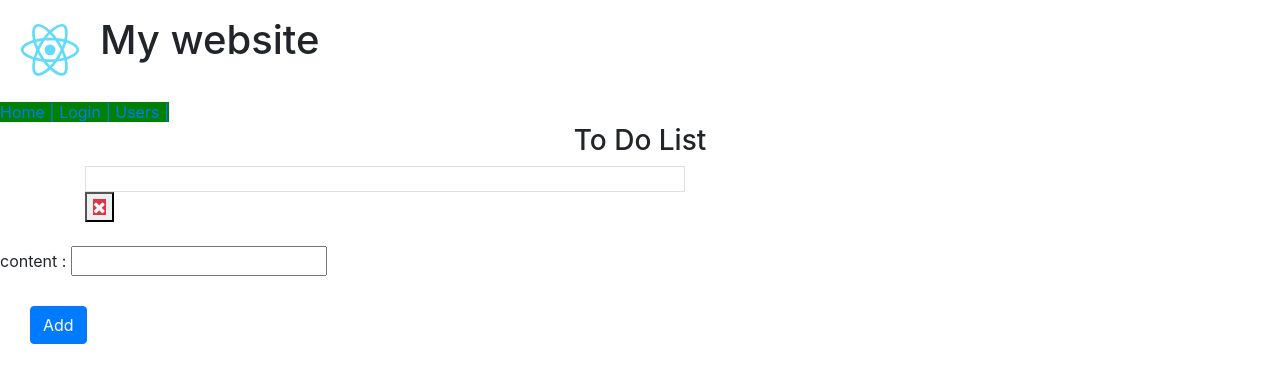
Repository: Marwa-Medhat/ReactJS-Labs
Page: / (app in myapp/), after clicking the first element matching `button.btn`
These files come from the project's save history. The page is drawn as it stood at one moment and after the next save; the edit follows.
The browser window is 1280 px wide. The pictures show the whole page.
The project was rebuilt for these pictures with package versions that can differ from the ones it lists, and the page was loaded fresh each time.

Above is the page before, as saved 2021-04-28 20:47:29.

After the next save:
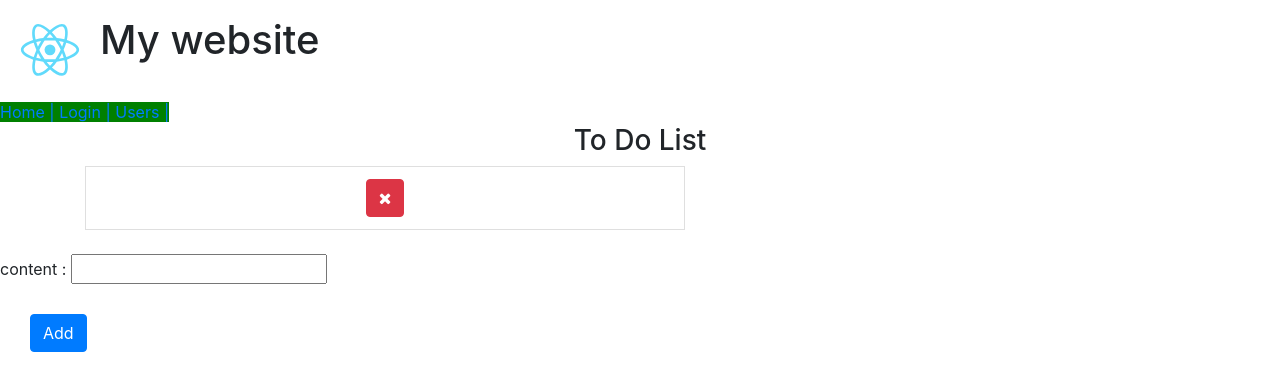
Saved 67 s later.
--- a/myapp/src/todo.js
+++ b/myapp/src/todo.js
@@ -90,8 +90,8 @@ class DisplayTask extends React.Component{
     // <i className="fa fa-times danger" ></i>
     render(){
         return <div>
-    <a href="#" class="list-group-item list-group-item-action " style={{width:600, textAlign:"center"}}>{this.props.content.content}</a>
-        <button><i className="fa fa-times btn-danger" ></i></button>
+    <a href="#" class="list-group-item list-group-item-action " style={{width:600, textAlign:"center"}}>{this.props.content.content}   <button className="btn btn-danger"><i className="fa fa-times btn-danger" ></i></button></a>
+
     </div>
     }
 }
